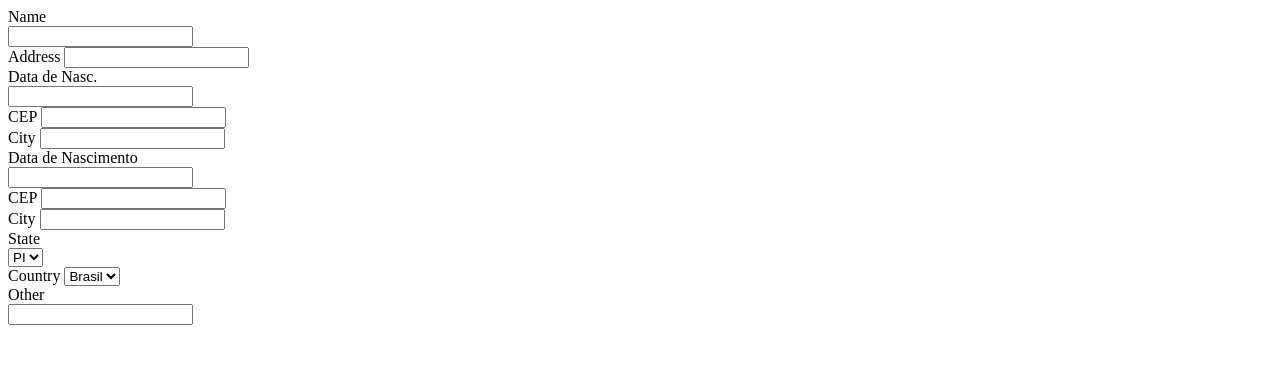
Repository: eudesf/MySpaceShip
Page: MySpaceShip/WebContent/articles/simpleform.html
These files come from the project's save history. The page is drawn as it stood at one moment and after the next save; the edit follows.
The browser window is 1280 px wide. The pictures show the whole page.

Above is the page before, as saved 2012-03-19 17:07:20.

### MySpaceShip/WebContent/articles/simpleform.html
<article>
	<form class="labelw20p">

		<label for="name">Name</label>

		<div class="w30p">
			<input id="name" class="w100p" type="text" />
		</div>

		<div class="w50p">
			<label for="address">Address</label>
			<input id="address" type="text"/>
		</div>

		<label for="birthdate">Data de Nasc.</label>

		<div class="w30p">
			<input id="birthdate" type="text" class="w100p"/>
		</div>

		<div class="w25p">
			<label for="cep">CEP</label>
			<input id="cep" type="text"/>
		</div>

		<div class="w25p">
			<label for="city">City</label>
			<input id="city" type="text"/>
		</div>

		<label for="birthdate">Data de Nascimento</label>

		<div class="w30p">
			<input id="birthdate" type="text" class="w100p"/>
		</div>

		<div class="w25p">
			<label for="cep">CEP</label>
			<input id="cep" type="text"/>
		</div>

		<div class="w25p">
			<label for="city">City</label>
			<input id="city" type="text"/>
		</div>


		<label for="state">State</label>

		<div class="w30p">
			<select id="state" class="w100p">
				<option value="PI">PI</option>
			</select>
		</div>

		<div class="w50p">
			<label for="country">Country</label>
			<select id="country">
				<option value="BRA">Brasil</option>
			</select>
		</div>

		<label for="others">Other</label>
		<div class="w80p">
			<input id="others" type="text" class="w100p" />
		</div>
	</form>
</article>

After the next save:
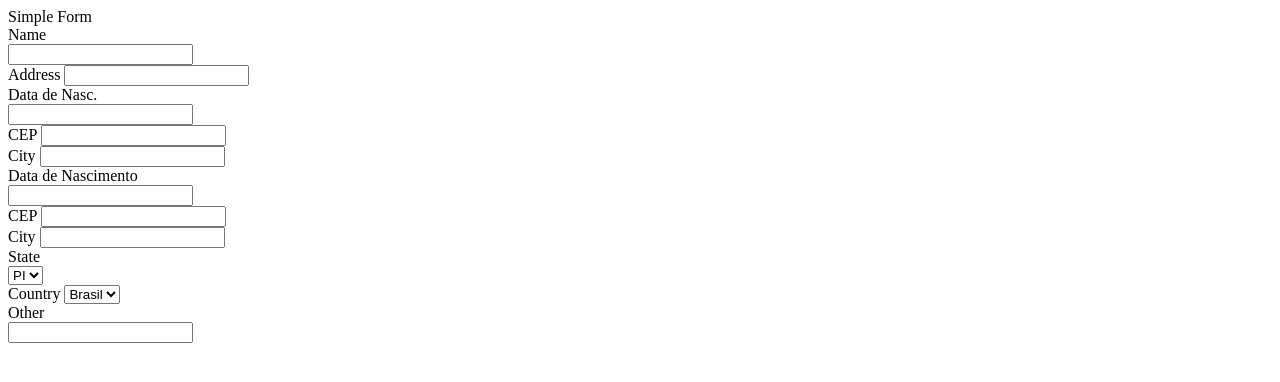
Saved 6 min 28 s later.
--- a/MySpaceShip/WebContent/articles/simpleform.html
+++ b/MySpaceShip/WebContent/articles/simpleform.html
@@ -1,4 +1,6 @@
 <article>
+	<header>Simple Form</header>
+
 	<form class="labelw20p">
 
 		<label for="name">Name</label>
